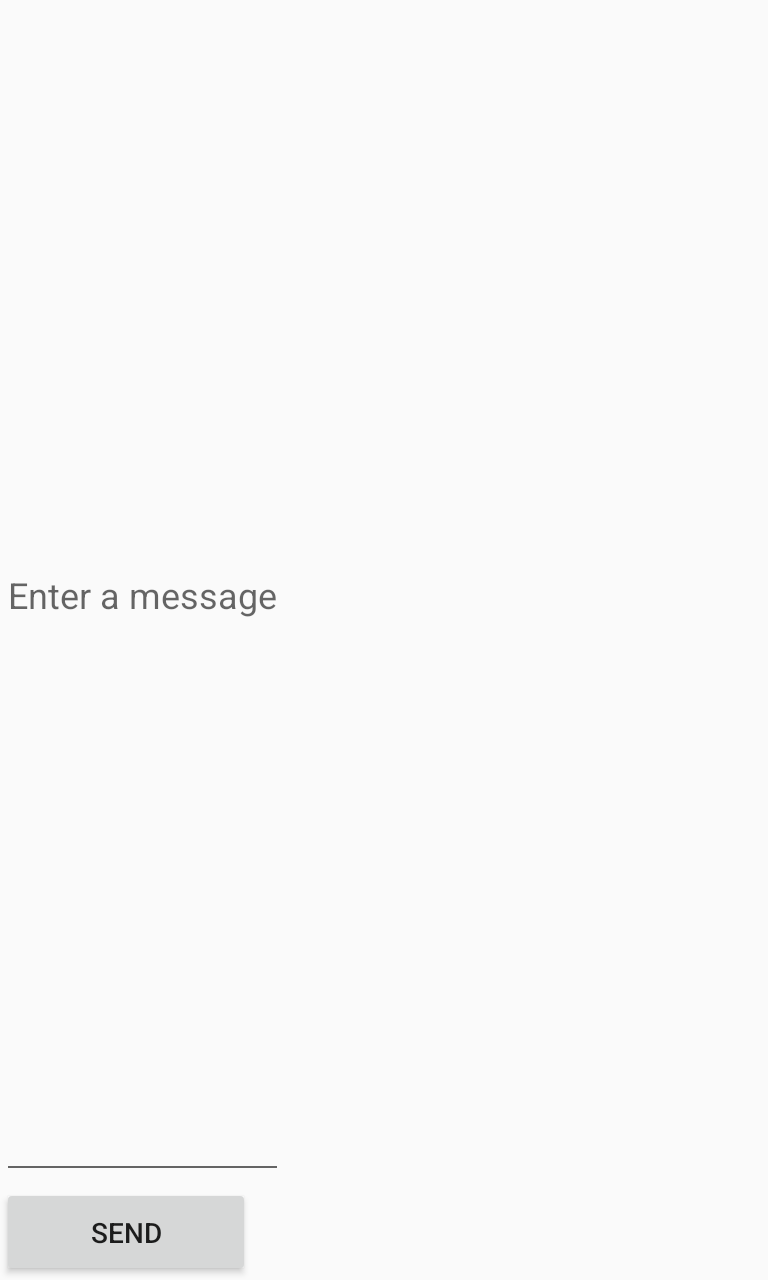
Repository: yuanpeixin/Project
Layout: HangOut/res/layout/activity_main.xml
The author's editor kept a copy of each file at every save. The layout is drawn from the files as they stood at one save, then again after the next save.
It is drawn on a 768 x 1280 px phone screen (xhdpi) without system bars, with theme AppTheme; the app's code is not run.

Above is the layout before, as saved 2015-07-12 18:51:37.

### HangOut/res/layout/activity_main.xml
<LinearLayout xmlns:android="http://schemas.android.com/apk/res/android"
    xmlns:tools="http://schemas.android.com/tools"
    android:layout_width="match_parent"
    android:layout_height="match_parent"
    android:orientation="vertical" >

    <EditText
        android:id="@+id/edit_message"
        android:layout_width="wrap_content"
        android:layout_weight="1"
        android:layout_height="0dp"
        android:hint="@string/edit_message" />

    <Button
        android:id="@+id/button1"
        android:layout_width="126dp"
        android:layout_height="wrap_content"
        android:text="@string/button_send" />

</LinearLayout>

### HangOut/res/values/strings.xml
<?xml version="1.0" encoding="utf-8"?>
<resources>

    <string name="app_name">HangOut</string>
    <string name="hello_world">Hello world!</string>
    <string name="action_settings">Settings</string>
    <string name="edit_message">Enter a message</string>
    <string name="button_send">Send</string>

</resources>

Loaded but not shown: HangOut/res/values/styles.xml (common file); HangOut/res/values-v11/styles.xml (common file); HangOut/res/values-v14/styles.xml (common file)

After the next save:
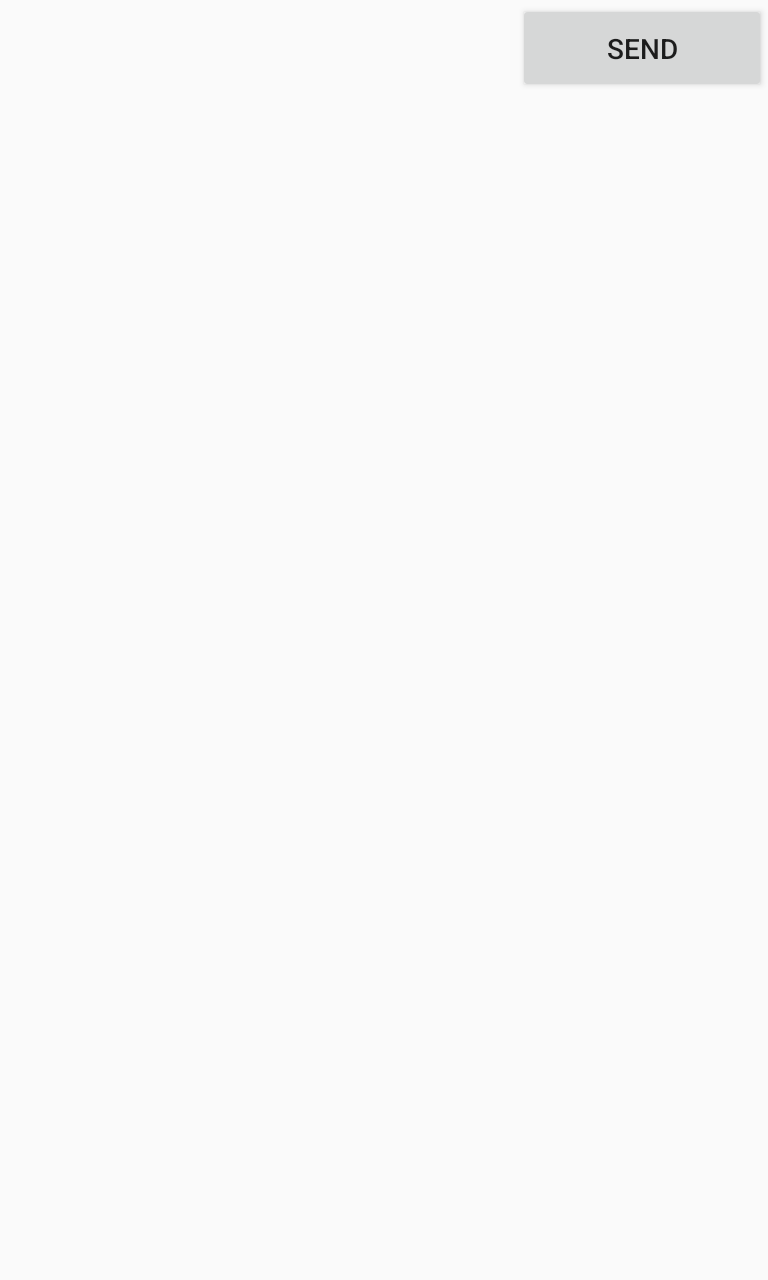
Saved 28 s later.
--- a/HangOut/res/layout/activity_main.xml
+++ b/HangOut/res/layout/activity_main.xml
@@ -2,7 +2,7 @@
     xmlns:tools="http://schemas.android.com/tools"
     android:layout_width="match_parent"
     android:layout_height="match_parent"
-    android:orientation="vertical" >
+    android:orientation="horizantal" >
 
     <EditText
         android:id="@+id/edit_message"
